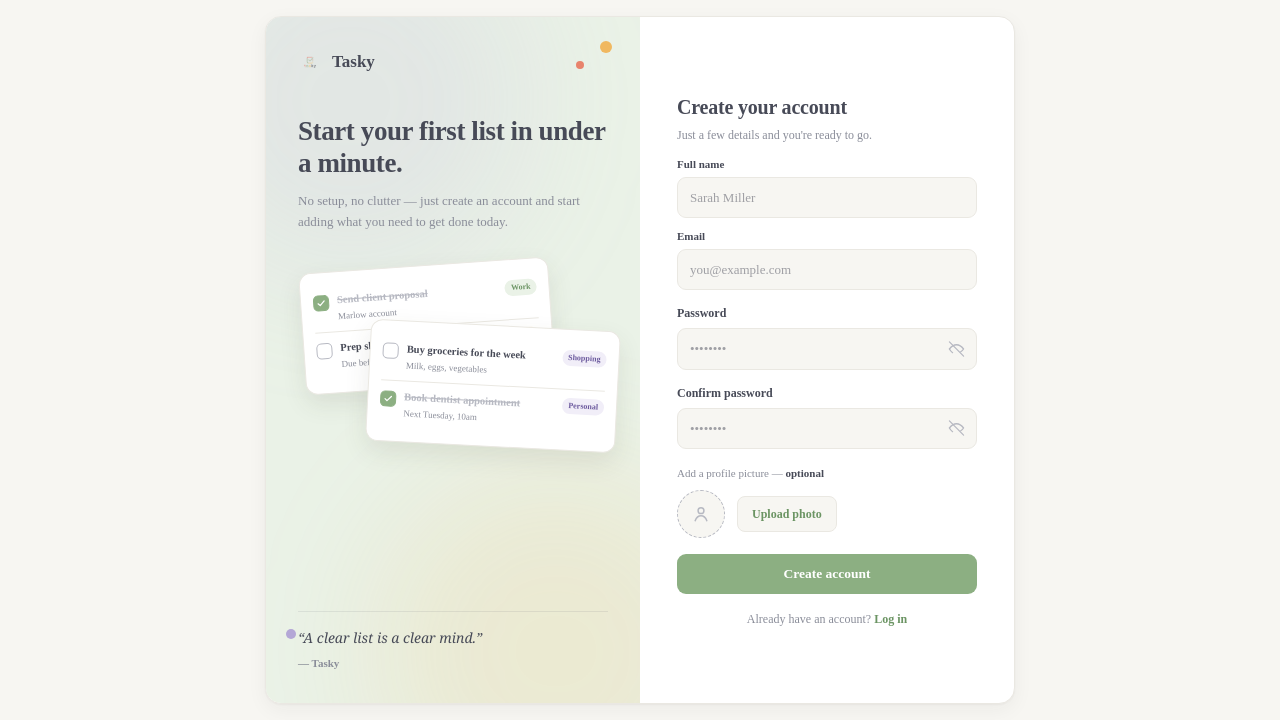
Repository: Anfel-bth/Tasky_
Page: /register (app in task-manager-frontend/)
The author's editor kept a copy of each file at every save. The page is drawn from the files as they stood at one save, then again after the next save.
The browser window is 1280 px wide. The pictures show the whole page.
The project was rebuilt for these pictures with package versions that can differ from the ones it lists, and the page was loaded fresh each time. Also part of the build but not shown: task-manager-frontend/vite.config.js, task-manager-frontend/src/Components/login.jsx, task-manager-frontend/src/Components/Landing.jsx, task-manager-frontend/src/Components/dashboard.jsx.

Above is the page before, as saved 2026-09-02 12:10:25.

### task-manager-frontend/index.html
<!doctype html>
<html lang="en">
  <head>
    <meta charset="UTF-8" />
    <link rel="icon" type="image/svg+xml" href="/favicon.svg" />
    <meta name="viewport" content="width=device-width, initial-scale=1.0" />
    <title>task-manager-frontend</title>
  </head>
  <body>
    <div id="root"></div>
    <script type="module" src="/src/main.jsx"></script>
  </body>
</html>

### task-manager-frontend/src/index.css
@import "tailwindcss";

@import url("https://fonts.googleapis.com/css2?family=Manrope:wght@400;500;600;700;800&display=swap");

body {
  margin: 0;
  font-family: "Manrope", sans-serif;
}

### task-manager-frontend/src/App.jsx
import { createBrowserRouter, RouterProvider } from "react-router-dom";
import Login from "./Components/login.jsx";
import LandingPage from "./Components/Landing.jsx";
import Dashboard from "./Components/dashboard.jsx";
import Register from "./Components/register.jsx";
const router = createBrowserRouter([
  {
    path: "/",
    children: [
      {
        index: true,
        element: <LandingPage />,
      },
      {
        path: "login",
        element: <Login />,
      },
      {
        path: "dashboard",
        element: <Dashboard />,
      },
      {
        path: "register",
        element: <Register />,
      },
    ],
  },
]);
export default function App() {
  return <RouterProvider router={router} />;
}

### task-manager-frontend/src/Components/register.jsx
import React, { useState } from "react";
import logo from "../assets/logo.png";

const Register = () => {
  const [form, setForm] = useState({
    name: "",
    email: "",
    password: "",
    confirmPassword: "",
  });

  const [showPassword, setShowPassword] = useState(false);
  const [showConfirmPassword, setShowConfirmPassword] = useState(false);
  const [profileImage, setProfileImage] = useState(null);
  const [error, setError] = useState("");

  // Handle inputs
  const handleChange = (e) => {
    setForm({
      ...form,
      [e.target.name]: e.target.value,
    });

    setError("");
  };

  // Profile picture
  const handleImageChange = (e) => {
    const file = e.target.files[0];

    if (file) {
      setProfileImage(URL.createObjectURL(file));
    }
  };

  // Simple static validation
  const handleSubmit = (e) => {
    e.preventDefault();

    if (!form.name || !form.email || !form.password || !form.confirmPassword) {
      setError("Please fill in all required fields.");
      return;
    }

    if (form.password !== form.confirmPassword) {
      setError("Passwords do not match.");
      return;
    }

    if (form.password.length < 6) {
      setError("Password must contain at least 6 characters.");
      return;
    }

    setError("");
    alert("Account created successfully!");
  };

  return (
    <div className="min-h-screen bg-[#F7F6F2] px-4 py-4 font-[Manrope] text-[#474A57] sm:px-6">
      {/* =========================
          MAIN CONTAINER
      ========================= */}
      <div className="mx-auto grid min-h-[calc(100vh-32px)] max-w-[750px] overflow-hidden rounded-[16px] border border-[#EAE8E2] bg-white shadow-[0_1px_2px_rgba(40,38,30,0.04),0_6px_20px_rgba(40,38,30,0.05)] lg:grid-cols-2">
        {/* =========================
            LEFT BRAND PANEL
        ========================= */}
        <div className="relative hidden overflow-hidden bg-[#EAF2E7] p-8 lg:flex lg:flex-col">
          {/* Decorative gradients */}
          <div className="absolute -left-24 -top-24 h-[360px] w-[360px] rounded-full bg-[#B4A7D6]/15 blur-3xl" />
          <div className="absolute -bottom-32 -right-24 h-[360px] w-[360px] rounded-full bg-[#F0B860]/15 blur-3xl" />

          {/* Decorative dots */}
          <span className="absolute right-7 top-6 h-3 w-3 rounded-full bg-[#F0B860]" />
          <span className="absolute right-14 top-11 h-2 w-2 rounded-full bg-[#E8836C]" />
          <span className="absolute bottom-16 left-5 h-2.5 w-2.5 rounded-full bg-[#B4A7D6]" />

          {/* Logo */}
          <div className="relative flex items-center gap-2.5">
            <img
              src={logo}
              alt="Tasky"
              className="h-6 w-6 object-contain"
            />

            <span className="text-[17px] font-bold">Tasky</span>
          </div>

          {/* Text */}
          <div className="relative mt-10 max-w-[330px]">
            <h1 className="text-[27px] font-extrabold leading-[1.2] tracking-[-0.015em]">
              Start your first list in under a minute.
            </h1>

            <p className="mt-3 text-[13px] leading-[1.6] text-[#8A8D99]">
              No setup, no clutter — just create an account and start adding
              what you need to get done today.
            </p>
          </div>

          {/* Floating task cards */}
          <div className="relative mt-8 flex-1">
            {/* Card 1 */}
            <div className="absolute left-1 top-0 z-10 w-[250px] -rotate-[4deg] rounded-xl border border-[#EAE8E2] bg-white p-3 shadow-[0_10px_25px_rgba(70,70,50,0.10)]">
              <MiniTask
                completed
                title="Send client proposal"
                description="Marlow account"
                tag="Work"
                tagClass="bg-[#EAF2E7] text-[#6B9463]"
              />

              <MiniTask
                title="Prep slides for team sync"
                description="Due before 2pm"
                tag="Work"
                tagClass="bg-[#FCF1DF] text-[#A8730F]"
              />
            </div>

            {/* Card 2 */}
            <div className="absolute left-[70px] top-[60px] z-20 w-[250px] rotate-[3deg] rounded-xl border border-[#EAE8E2] bg-white p-3 shadow-[0_10px_25px_rgba(70,70,50,0.10)]">
              <MiniTask
                title="Buy groceries for the week"
                description="Milk, eggs, vegetables"
                tag="Shopping"
                tagClass="bg-[#F1EEF8] text-[#6C5A9E]"
              />

              <MiniTask
                completed
                title="Book dentist appointment"
                description="Next Tuesday, 10am"
                tag="Personal"
                tagClass="bg-[#F1EEF8] text-[#6C5A9E]"
              />
            </div>
          </div>

          {/* Quote */}
          <div className="relative mt-auto border-t border-[#474A57]/10 pt-4">
            <p className="font-serif text-[14px] italic leading-[1.45]">
              “A clear list is a clear mind.”
            </p>

            <span className="mt-1.5 block text-[11px] font-semibold text-[#8A8D99]">
              — Tasky
            </span>
          </div>
        </div>

        {/* =========================
            RIGHT FORM PANEL
        ========================= */}
        <div className="flex items-center justify-center px-4 py-5 sm:px-6 lg:px-8">
          <div className="w-full max-w-[300px]">
            {/* Header */}
            <div>
              <h2 className="text-[20px] font-extrabold tracking-[-0.01em]">
                Create your account
              </h2>

              <p className="mt-1 text-[12px] text-[#8A8D99]">
                Just a few details and you're ready to go.
              </p>
            </div>

            <form onSubmit={handleSubmit}>
              {/* Full name */}
              <div className="mt-3">
                <label className="mb-1 block text-[11px] font-bold">
                  Full name
                </label>

                <input
                  type="text"
                  name="name"
                  value={form.name}
                  onChange={handleChange}
                  placeholder="Sarah Miller"
                  className="w-full rounded-[9px] border-[1.4px] border-[#EAE8E2] bg-[#F7F6F2] px-3 py-2.5 text-[13px] outline-none transition focus:border-[#8CAF82] focus:bg-white focus:ring-[3px] focus:ring-[#EAF2E7]"
                />
              </div>

              {/* Email */}
              <div className="mt-2.5">
                <label className="mb-1 block text-[11px] font-bold">
                  Email
                </label>

                <input
                  type="email"
                  name="email"
                  value={form.email}
                  onChange={handleChange}
                  placeholder="you@example.com"
                  className="w-full rounded-[9px] border-[1.4px] border-[#EAE8E2] bg-[#F7F6F2] px-3 py-2.5 text-[13px] outline-none transition focus:border-[#8CAF82] focus:bg-white focus:ring-[3px] focus:ring-[#EAF2E7]"
                />
              </div>

              {/* Password */}
              <div className="mt-3.5">
                <label className="mb-1.5 block text-[12px] font-bold">
                  Password
                </label>

                <div className="relative">
                  <input
                    type={showPassword ? "text" : "password"}
                    name="password"
                    value={form.password}
                    onChange={handleChange}
                    placeholder="••••••••"
                    className="w-full rounded-[9px] border-[1.4px] border-[#EAE8E2] bg-[#F7F6F2] px-3 py-2.5 pr-10 text-[13px] outline-none transition focus:border-[#8CAF82] focus:bg-white focus:ring-[3px] focus:ring-[#EAF2E7]"
                  />

                  <button
                    type="button"
                    onClick={() => setShowPassword(!showPassword)}
                    className="absolute right-3 top-1/2 -translate-y-1/2 text-[#B7B9C2] transition hover:text-[#6B9463]"
                  >
                    <EyeIcon visible={showPassword} />
                  </button>
                </div>
              </div>

              {/* Confirm password */}
              <div className="mt-3.5">
                <label className="mb-1.5 block text-[12px] font-bold">
                  Confirm password
                </label>

                <div className="relative">
                  <input
                    type={showConfirmPassword ? "text" : "password"}
                    name="confirmPassword"
                    value={form.confirmPassword}
                    onChange={handleChange}
                    placeholder="••••••••"
                    className="w-full rounded-[9px] border-[1.4px] border-[#EAE8E2] bg-[#F7F6F2] px-3 py-2.5 pr-10 text-[13px] outline-none transition focus:border-[#8CAF82] focus:bg-white focus:ring-[3px] focus:ring-[#EAF2E7]"
                  />

                  <button
                    type="button"
                    onClick={() =>
                      setShowConfirmPassword(!showConfirmPassword)
                    }
                    className="absolute right-3 top-1/2 -translate-y-1/2 text-[#B7B9C2] transition hover:text-[#6B9463]"
                  >
                    <EyeIcon visible={showConfirmPassword} />
                  </button>
                </div>
              </div>

              {/* Profile picture */}
              <div className="mt-4">
                <p className="mb-2 text-[11px] text-[#8A8D99]">
                  Add a profile picture —{" "}
                  <b className="font-bold text-[#474A57]">optional</b>
                </p>

                <div className="flex items-center gap-3">
                  {/* Avatar */}
                  <div className="flex h-12 w-12 shrink-0 items-center justify-center overflow-hidden rounded-full border-[1.4px] border-dashed border-[#B7B9C2] bg-[#F7F6F2]">
                    {profileImage ? (
                      <img
                        src={profileImage}
                        alt="Profile preview"
                        className="h-full w-full object-cover"
                      />
                    ) : (
                      <UserIcon />
                    )}
                  </div>

                  {/* Upload */}
                  <label className="cursor-pointer rounded-lg border-[1.4px] border-[#EAE8E2] bg-[#F7F6F2] px-3.5 py-2 text-[12px] font-bold text-[#6B9463] transition hover:bg-[#EAF2E7]">
                    Upload photo

                    <input
                      type="file"
                      accept="image/*"
                      onChange={handleImageChange}
                      className="hidden"
                    />
                  </label>
                </div>
              </div>

              {/* Error */}
              {error && (
                <div className="mt-3 rounded-lg bg-[#FBEBE6] px-3 py-2 text-center text-[11.5px] font-semibold text-[#E8836C]">
                  {error}
                </div>
              )}

              {/* Submit */}
              <button
                type="submit"
                className="mt-4 w-full rounded-[9px] bg-[#8CAF82] py-2.5 text-[13.5px] font-bold text-white transition-all duration-200 hover:-translate-y-[1px] hover:bg-[#6B9463]"
              >
                Create account
              </button>

              {/* Static login text — NO LINK */}
              <div className="mt-4 text-center text-[12px] text-[#8A8D99]">
                Already have an account?{" "}
                <a
                  href="/login"
                  className="font-bold text-[#6B9463] hover:text-[#474A57]"
                >
                  Log in
                </a>
              </div>
            </form>
          </div>
        </div>
      </div>
    </div>
  );
};


/* =====================================================
   MINI TASK COMPONENT
===================================================== */

const MiniTask = ({
  completed = false,
  title,
  description,
  tag,
  tagClass,
}) => {
  return (
    <div className="flex items-start gap-2 border-t border-[#EAE8E2] py-2 first:border-t-0">
      {/* Checkbox */}
      <div
        className={`mt-0.5 flex h-4 w-4 shrink-0 items-center justify-center rounded-[5px] border ${
          completed
            ? "border-[#8CAF82] bg-[#8CAF82]"
            : "border-[#B7B9C2]"
        }`}
      >
        {completed && (
          <svg
            viewBox="0 0 16 16"
            fill="none"
            className="h-2.5 w-2.5"
          >
            <path
              d="M3 8.5L6.2 11.5L13 4.5"
              stroke="white"
              strokeWidth="2"
              strokeLinecap="round"
              strokeLinejoin="round"
            />
          </svg>
        )}
      </div>

      {/* Text */}
      <div className="min-w-0 flex-1">
        <div
          className={`text-[10.5px] font-bold ${
            completed
              ? "text-[#B7B9C2] line-through"
              : "text-[#474A57]"
          }`}
        >
          {title}
        </div>

        <div className="mt-0.5 text-[9px] text-[#8A8D99]">
          {description}
        </div>
      </div>

      {/* Tag */}
      <span
        className={`rounded-full px-1.5 py-0.5 text-[8px] font-bold ${tagClass}`}
      >
        {tag}
      </span>
    </div>
  );
};


/* =====================================================
   EYE ICON
===================================================== */

const EyeIcon = ({ visible }) => {
  return visible ? (
    <svg
      viewBox="0 0 24 24"
      fill="none"
      stroke="currentColor"
      strokeWidth="1.8"
      className="h-[17px] w-[17px]"
    >
      <path d="M1 12s4-7 11-7 11 7 11 7-4 7-11 7-11-7-11-7z" />
      <circle cx="12" cy="12" r="3" />
    </svg>
  ) : (
    <svg
      viewBox="0 0 24 24"
      fill="none"
      stroke="currentColor"
      strokeWidth="1.8"
      className="h-[17px] w-[17px]"
    >
      <path
        d="M2 12c3-4 6-6 10-6s7 2 10 6c-1.2 1.7-2.5 3-4 4"
        strokeLinecap="round"
        strokeLinejoin="round"
      />

      <path
        d="M6.5 17.2C4.7 16 3.2 14.3 2 12"
        strokeLinecap="round"
        strokeLinejoin="round"
      />

      <path
        d="M2 2l20 20"
        strokeLinecap="round"
      />
    </svg>
  );
};


/* =====================================================
   USER ICON
===================================================== */

const UserIcon = () => {
  return (
    <svg
      viewBox="0 0 24 24"
      fill="none"
      stroke="currentColor"
      strokeWidth="1.8"
      className="h-5 w-5 text-[#B7B9C2]"
    >
      <circle cx="12" cy="8" r="3.5" />

      <path
        d="M5 20c1.4-3.8 4.4-6 7-6s5.6 2.2 7 6"
        strokeLinecap="round"
      />
    </svg>
  );
};

export default Register;

Loaded but not shown: task-manager-frontend/src/main.jsx (common file)

After the next save:
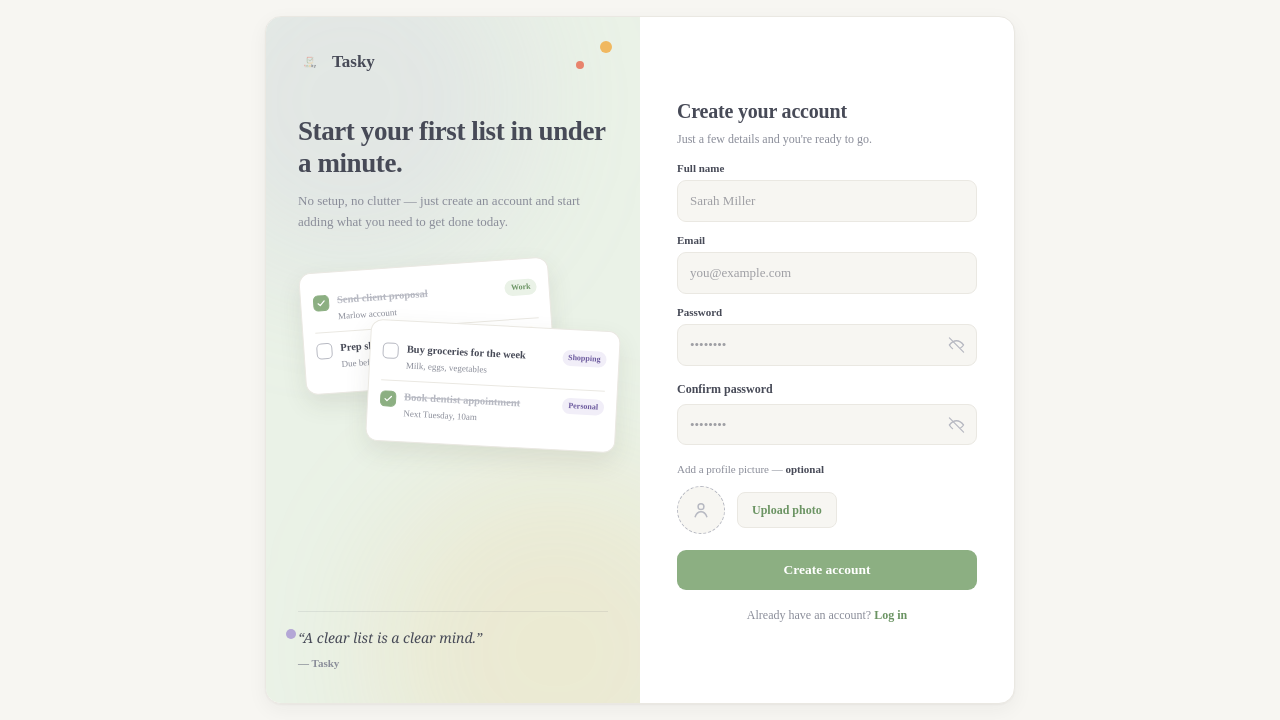
Saved 4 s later.
--- a/task-manager-frontend/src/Components/register.jsx
+++ b/task-manager-frontend/src/Components/register.jsx
@@ -199,8 +199,8 @@ const Register = () => {
               </div>
 
               {/* Password */}
-              <div className="mt-3.5">
-                <label className="mb-1.5 block text-[12px] font-bold">
+              <div className="mt-2.5">
+                <label className="mb-1 block text-[11px] font-bold">
                   Password
                 </label>
 
